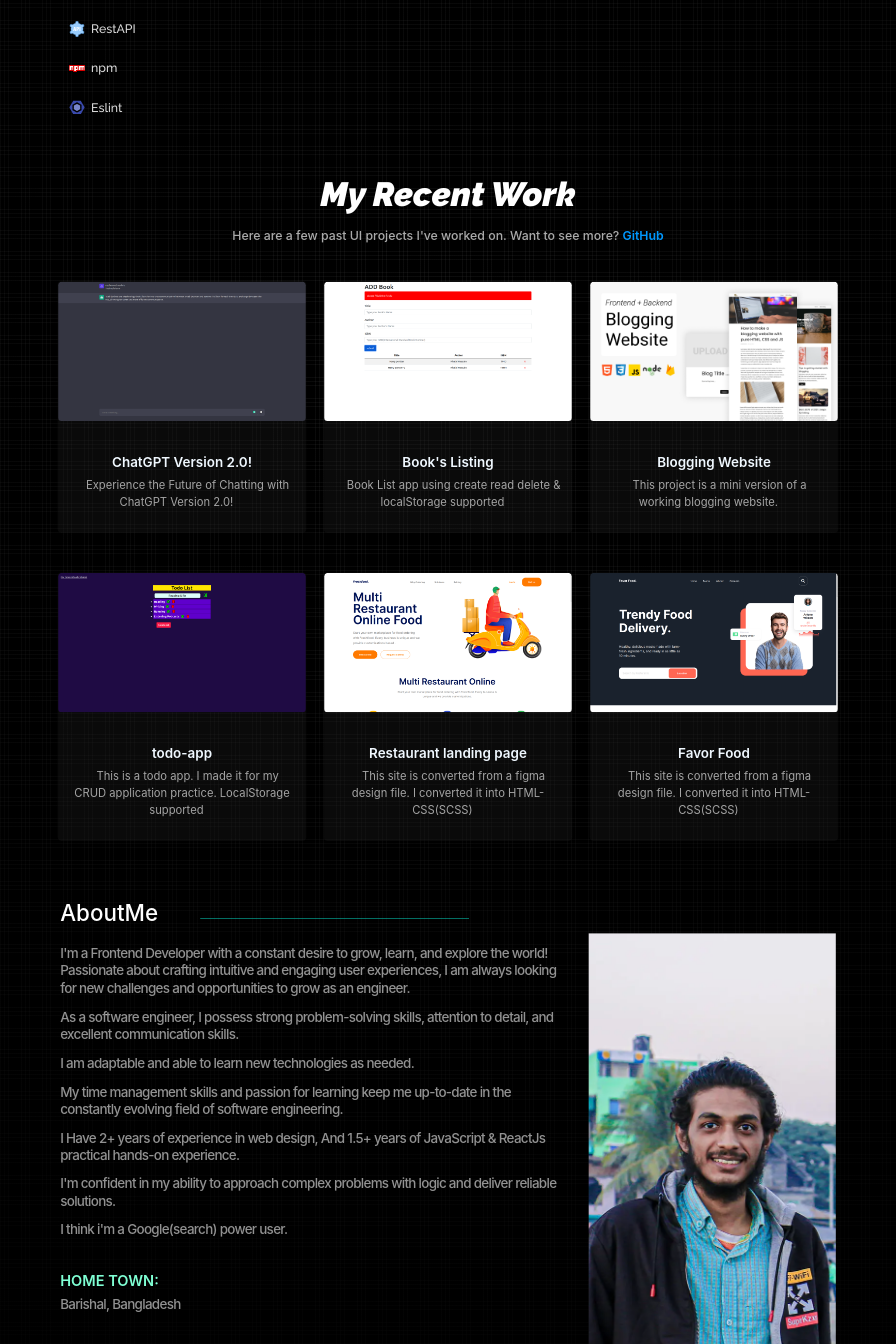
Repository: badhon252/my-portfolio
Page: /
The author's editor kept a copy of each file at every save. The page is drawn from the files as they stood at one save, then again after the next save.
The browser window is 1280 px wide. The pictures show the part of the page from y = 1388 to 3308 px (the page is 3698 px tall before and 3867 px after), at 70% of full size.
Some web fonts or font styles are not loaded; a fallback is used. The project was rebuilt for these pictures with package versions that can differ from the ones it lists, and the page was loaded fresh each time.

Above is the page before, as saved 2023-02-14 20:17:41.

### public/index.html
<!DOCTYPE html>
<html lang="en">

<head>
    <meta charset="utf-8" />
    <meta name="viewport" content="width=device-width, initial-scale=1.0" />
    <meta name="theme-color" content="#000000" />
    <link rel=" stylesheet " href=" https://cdnjs.cloudflare.com/ajax/libs/font-awesome/6.2.1/css/all.min.css ">
    <!-- For google search engines  -->
    <meta name="google-site-verification" content="pFRaVUB3Vqtpp7CYJiHCBl35aQ6s2zmKJ89Zh2XF5rQ" />
    <meta name="description"
        content="I'm Khalid Hossain Badhon, I'm a experienced Frontend Web Application developer with more than 2years of hands on experienced. Front-end engineers, Front-end development, reactjs developer, javascript developer" />
    <!--  Bootstap== -->
    <link rel=" stylesheet " href=" https://cdn.jsdelivr.net/npm/bootstrap@5.3.0-alpha1/dist/css/bootstrap.min.css ">

    <!-- Google fonts  -->
    <link rel="stylesheet"
        href="https://fonts.googleapis.com/css2?family=Raleway:ital,wght@0,300;0,400;0,500;0,600;0,700;0,800;0,900;1,500;1,600;1,900&display=swap">

    <title>Khalid Hossain Badhon | Frontend Developer</title>
</head>

<body>
    <div id="root"></div>

    <script src=" https://cdn.jsdelivr.net/npm/bootstrap@5.3.0-alpha1/dist/js/bootstrap.bundle.min.js "></script>
    <!-- <script src=" https://platform.linkedin.com/badges/js/profile.js " async defer type=" text/javascript "></script> -->

</body>

</html>

### src/index.css
* {
    margin: 0;
    padding: 0;
    box-sizing: border-box;
}

html {
    --scrollbarBG: #2f2f2f;
    --thumbBG: #808080;
}

body {
    margin: 0;
    font-family: -apple-system, BlinkMacSystemFont, 'Segoe UI', 'Roboto', 'Oxygen', 'Ubuntu', 'Cantarell', 'Fira Sans', 'Droid Sans', 'Helvetica Neue', sans-serif;
    -webkit-font-smoothing: antialiased;
    -moz-osx-font-smoothing: grayscale;
    background-color: #000000;
    background-image: radial-gradient(circle at center center, transparent 0%, rgb(0, 0, 0) 99%), repeating-linear-gradient(0deg, rgba(163, 163, 163, 0.07) 0px, rgba(163, 163, 163, 0.07) 1px, transparent 1px, transparent 6px), repeating-linear-gradient(90deg, rgba(163, 163, 163, 0.07) 0px, rgba(163, 163, 163, 0.07) 1px, transparent 1px, transparent 6px), linear-gradient(90deg, rgb(0, 0, 0), rgb(0, 0, 0));
    color: #ffffff;
    scrollbar-width: thin;
    scrollbar-color: var(--thumbBG) var(--scrollbarBG);
}

body::-webkit-scrollbar {
    width: 12px;
}

body::-webkit-scrollbar-track {
    background: var(--scrollbarBG);
}

body::-webkit-scrollbar-thumb {
    background-color: var(--thumbBG);
    border-radius: 6px;
    border: 3px solid var(--scrollbarBG);
}

### src/Components/Home/Home.jsx
import AboutMe from "./AboutMe/AboutMe";
// import Footer from "./Footer/Footer";
import Header from "./Header/Header";
import Projects from "./Project/Projects";
import Skill from "./Skill/Skill";


export default function Home() {
  return (
    <div id="home">
        <Header />
        <Skill/>
        <Projects/>
        <AboutMe/>
        {/* <Footer/> */}

    </div>
  )
}

### src/Components/Home/Header/Header.jsx
import React from 'react'
import HeaderContent from './HeaderContent/HeaderContent'
import Navbar from './Navbar/Navbar'
import Classes from './Header.module.css'

export default function Header() {
  return (
    <header className={Classes.header}>
      <Navbar/>
      <HeaderContent/>
    </header>
  )
}

### src/Components/Home/Skill/Skill.jsx
import "./Skill.css"
import SkillSet from "./SkillSet";
const SkillEfficiency = () => {
    return (
       <section id="skill" >
        <div className="container">
            <div className="d-flex justify-content-center">
                    <h1 className="skillSet__title"> My Skills Set </h1>
            </div>
            <div className="skillSet__title__line">
                <div className="skillSet__title__line__inner">
                    I'm a experienced Frontend Web Application developer with more than 2 years of hands on experience. <br />
                    I am adaptable and able to learn newtechnologies as needed.
                </div>
            </div>
            <SkillSet/>
        </div>
       </section>
    );
}

export default SkillEfficiency;

### src/Components/Home/AboutMe/AboutMe.css
#about {
    padding: 2rem 1rem;
    min-height: 100vh;
}

#about p {
    font-size: 1.2em;
    font-weight: 500;
    margin-bottom: 1rem;
    color: rgba(255, 255, 255, 0.568);
    line-height: 1.3;
    letter-spacing: -1px;
}

#about h1 {
    color: #fcfcfc;
    font-size: 2.5em;
}

#about p:hover {
    color: #fcfcfc;
    cursor: text;
}

.aboutMe_titile::after {
    content: "";
    display: block;
    position: relative;
    top: -13px;
    width: 30vw;
    height: 1px;
    margin-left: 200px;
    background-color: rgba(9, 250, 227, 0.63);
}


/* Hometown ======== */

.homeTown_title {
    font-size: 1.3em;
    font-weight: 600;
    color: aquamarine;
    font-weight: 600;
}


/* .homeTown_title i {
    color: rgb(255, 255, 255);
    font-size: 1.2rem;
    width: 100%;
} */


/* edu ========== */

.crt_title,
.edu_title {
    font-size: 1.3em;
    font-weight: 600;
    color: aquamarine;
}

#about h4 {
    font-size: 1em;
    font-weight: 500;
    color: rgb(206, 255, 239);
    line-height: 1.5;
}

#about h4 span {
    color: rgb(88, 126, 111);
}

#about h4 span:hover {
    color: rgb(255, 255, 255);
}

#about h4 a {
    color: rgb(88, 126, 111);
    text-decoration: none;
}

### src/Components/Home/Header/HeaderContent/HeaderContent.jsx
import Badhon from "../../../../Assets/Images/badhon-color.png";
import HeroSection from './HeroSection'
import Classes from "./Header.module.css";

export default function HeaderContent() {
  return (
      <div className="container" >
        <div className={Classes.headerContainer}>

          <div className="row my-5" >
              <div className="col-md-4">
                <img src={Badhon} alt="Badhon" className="img-fluid w-100 px-2" />
              </div>
              <div className="col-md-8 py-5 d-flex flex-column">
                <HeroSection />
              </div>
          </div>
        </div>
      </div>
  )
}

### src/Components/Home/Header/Navbar/Navbar.jsx
import "./Navs/Navs.css"
import "./Navbar.css"
import Nav from './Navs/Nav/Nav'
// import NavbarBrand from './NavbarBrand/NavbarBrand'
// import LinkedIn from './Navs/LinkedIn/LinkedIn'
// import GitHub from './Navs/GitHub/Github'

export default function Navbar() {
  return (
    <div className='navBar borderBottom container-fluid'>
            <Nav/>
         {/* <div className='navBar'>
            <LinkedIn/>
            <GitHub/>
         </div> */}
    </div>
  )
}

### src/Components/Home/Header/Header.module.css
.header {
    color: aliceblue;
    padding: 0 1rem;
}

### src/Components/Home/Project/ProjectCard.jsx
import CardImgLink from "./Card_img__link"
import "./Projects.css"

export default function ProjectCard(props) {

  function stacks(){
    return props.stack.map((item, index) => {
      return <span className="stack" key={index}>#{item}</span>
    })
  }

  return (
    <div className="card my-1" id="card">
          <div className="card-img">
            <a href={props.preview} >
              <img src={props.img} className="card-img-top img-fluid" alt={props.title}/>
              <CardImgLink preview={props.preview} link={props.link}/>
            </a>
          </div>
        <div className="card-body">
          <div className="stacks">
             {stacks()}
          </div>

            <h5 className="card-title my-2">{props.title}</h5>
            <span className="card-text py-5 px-3">{props.text}</span>

        </div>
    </div>
  )
}

### src/Components/Home/Project/Projects.css
#card {
    background-color: #2c2d2c3a;
    /* width: 18rem */
    overflow: hidden;
    color: aliceblue;
    position: relative;
    text-align: center;
    transition: .4s;
}

#card:hover {
    /* width: 18rem */
    overflow: hidden;
    text-align: center;
    box-shadow: 5px 5px 50px rgba(53, 255, 3, 0.193);
    transform: translateY(-25px);
}

#card:hover span {
    color: aliceblue;
}

.card-img {
    overflow: hidden;
}

.img-fluid {
    border-radius: 0%;
    width: 100%;
    height: 100%;
    object-fit: cover;
    object-position: center;
    transition: 0.5s;
}

#card:hover .card-img-top {
    border-radius: 0;
    transform: scale(1.1);
}


/* Path: src/Components/Home/Project/Projects.css */

.project__title {
    color: rgba(255, 255, 255, 0.664);
    text-align: center;
}

.project__title-text h1 {
    font-family: 'Raleway', sans-serif;
    font-size: 3em;
    font-weight: 900;
    font-style: italic;
    margin-bottom: 1rem;
    color: #fff;
}

.project__title__line {
    font-weight: 500;
    font-size: 1.1rem;
}

.project__title__line a {
    color: #0099ff;
    text-decoration: none;
    font-weight: 600;
}

.project__title__line a:hover {
    color: #1da5ff;
    text-decoration: underline;
}

.card_img__link {
    align-items: center;
    background-color: rgba(0, 0, 0, 0.332);
    border-radius: 5px;
    display: flex;
    justify-content: flex-end;
    position: absolute;
    right: 0;
    top: 0;
    bottom: 0;
    left: 0;
    transition: .5s;
    opacity: 0;
}

#card:hover .card_img__link {
    opacity: 1;
}

.card_img__link a {
    color: #dbdbdb;
    text-decoration: none;
    font-weight: 700;
    margin: 0 .5rem;
}

.card_img__link a:hover {
    color: #eae8ff;
    text-decoration: none;
    font-weight: 700;
}

.card_img__link i {
    color: #fff;
}

.card_img__link i:hover {
    color: rgb(0, 157, 255);
}


/* .githubIcon {
    right: 5px;
}

.redirect {
    max-width: 40px;
    margin-top: 6px;
    color: #0099ff;
} */

.card-body {
    z-index: 111;
    padding-bottom: 2rem;
}

.card-body h5 {
    font-size: 1.2rem;
    font-weight: 600;
    margin: 0;
}

.card-body .stacks {
    margin: 0;
    opacity: 0;
    transition: 0.5s;
}

#card:hover .stacks {
    opacity: 1;
}

.card-body .stack {
    display: inline;
    font-size: .8rem;
    font-weight: 600;
    color: #ffffff;
    background-color: rgb(73, 73, 73);
    margin: .1rem;
    border-radius: 5px;
    text-align: left;
}

.card-text {
    color: #dbdbdbbb;
}

.card-text:hover {
    color: #eae8ff;
}

### src/Components/Home/Skill/Skill.css
/* .skills {
    margin: 4rem 0 2rem 0;
    display: flex;
    justify-content: space-around;
    flex-wrap: wrap;
    gap: 2rem;
    height: 80vh;
    overflow: hidden;
} */

#skill {
    min-height: calc(100vh - 70px);
    font-family: 'Raleway', sans-serif;
}

.skillSet__title__text h2 {
    font-size: 1.5em;
    font-weight: 600;
    margin-bottom: 1rem;
    display: inline-block;
}

.skillSet__title__text h2::after {
    content: "";
    display: block;
    height: 4px;
    transition: .5s;
    width: 0;
    background: rgb(255, 14, 118);
}

.skillSet:hover .skillSet__title__text h2::after {
    width: 100%;
}

.skillSet li {
    list-style-type: none;
    margin: 0.5rem 1rem;
    color: #ffffffda;
    transition: .4s;
    display: flex;
    align-items: center;
    padding: .5rem 0;
    font-size: 1.1em;
    font-weight: 500
}

.skillSet li img {
    width: 1.5rem;
    margin-right: 0.5rem;
}

.skillSet:hover li {
    color: #ffffff;
    transform: translateY(-5px);
}

.skillSet:hover li img {
    transform: scale(1.2);
}


/* .skillSet:hover {
    background: linear-gradient(90deg, rgba(9, 255, 5, 0.5) 0%, rgba(255, 0, 0, 0.5) 100%);
    box-shadow: 0 0 10px 0 rgba(255, 255, 255, 0.5);
} */

.skillSet__title {
    font-weight: 900;
    font-style: italic;
    font-size: 3em;
    margin-top: 70px;
}

.skillSet__title::after {
    content: "";
    display: block;
    height: 4px;
    transition: .6s;
    width: 0;
    background: linear-gradient(202deg, rgb(5, 255, 1) 20%, rgb(255, 14, 118) 50%, rgb(0 4 255) 100%);
}

#skill:hover .skillSet__title::after {
    width: 100%;
}

.skillSet__title__line {
    font-size: 1.3rem;
    font-weight: 800;
    color: rgba(255, 255, 255, 0.63);
    text-align: center;
    margin: 1rem 0;
}

.skillSet__title__line__inner {
    font-family: 'Raleway', sans-serif;
    margin: 1.3em 0 3em 0;
    font-size: 1em;
    font-weight: 500;
    line-height: 1.5;
    color: #ffffff;
}

.skillSet {
    margin: 1rem 0;
}


/* Generated code  */


/* .wave-container {
    height: 40vh;
    background-color: #000000;
    position: relative;
}

.wave-container::before {
    content: "";
    width: 100%;
    height: 135px;
    position: absolute;
    bottom: -0.3%;
    left: 0;
    background-size: auto;
    background-repeat: repeat no-repeat;
    background-position: 54vw bottom;
    background-image: url("data:[embedded picture, 356 characters]");
}

@media(max-width:850px) {
    .wave-container::before {
        height: 67.5px
    }
} */

### src/Components/Home/Header/HeaderContent/HeroSection.jsx
import Classes from "./Header.module.css";
// import Name from "./Name";

export default function HeroSection() {
  return (
    <div className={Classes.heroSection}>
          <h2 className={Classes.h2}>Hi, I'm</h2>
          <h1 className={Classes.myName}>
            <span>
              Khalid Hossain.
            </span>
          </h1>
          {/* <Name/> */}
          <div className={Classes.bio}>
            I’m a <span>Frontend Developer with a constant desire to grow, learn, and explore the world!</span> Passionate about crafting intuitive and engaging user experiences,
            I am always looking for new challenges and opportunities to grow as an engineer.
          </div>

          <a className={Classes.resume} href="https://drive.google.com/file/d/1dNWfd7X8CYs_9THDZo58HHKVKzD8WfeY/view?usp=share_link" target="_blank" rel="noreferrer">
              See my Resume <i className="fa-solid fa-arrow-up-right-from-square"></i>
          </a>

    </div>
  );
}

### src/Components/Home/Header/HeaderContent/Header.module.css
@import url('https://fonts.googleapis.com/css2?family=Unbounded:wght@400;500;600;700;800;900&display=swap');
.headerContainer {
    min-height: calc(100vh - 70px);
    width: 100%;
    display: flex;
    justify-content: center;
    align-items: center;
    flex-direction: column;
    position: relative;
    overflow: hidden;
}

.heroImage {
    max-width: 100%;
    object-fit: cover;
    height: auto;
    box-sizing: border-box;
    overflow: hidden;
    /* border-radius: 30% 70% 64% 36% / 44% 42% 58% 56%; */
}

.myName {
    text-transform: uppercase;
    letter-spacing: 0.5em;
    display: inline-block;
    margin: 0 0 1rem 0;
}

.myName span {
    font: 700 1.5em/1 "Unbounded", sans-serif;
    letter-spacing: 0;
    padding: 0.25em 0 0.325em;
    text-shadow: 0 0 80px rgba(255, 255, 255, 0.5);
    /* Clip Background Image */
    background: url(https://i.ibb.co/RDTnNrT/animated-text-fill.png) repeat-y;
    -webkit-background-clip: text;
    background-clip: text;
    /* Animate Background Image */
    -webkit-text-fill-color: transparent;
    -webkit-animation: animate 80s linear infinite;
    /* Activate hardware acceleration for smoother animations */
    -webkit-transform: translate3d(0, 0, 0);
    -webkit-backface-visibility: hidden;
}


/* Animate Background Image */

@keyframes animate {
    0% {
        background-position: 0% 50%;
    }
    100% {
        background-position: 100% 50%;
    }
}

.heroSection:hover .myName {
    text-shadow: 0 0 12px #24fbdd;
}

.h2 {
    font-size: 1.5em;
    font-family: 'Unbounded', cursive;
    margin: 1rem 0;
    line-height: 1;
    color: #ff006f;
    font-weight: 600;
}


/* #about p:hover h2 {
    text-shadow: 0 0 12px #24fbdd;
} */

.bio {
    font-size: 1.3em;
    color: rgba(255, 255, 255, 0.653);
    line-height: 1.4;
    font-family: 'Titillium Web', sans-serif;
    font-weight: 600;
    margin: 2rem 0;
}

*::selection {
    background-color: #f2ff00;
    color: #000000;
}

.bio span {
    font-style: italic;
    color: #fcfcfc;
}


/* bio text animations  */

.center {
    width: 100%;
    height: 100vh;
    display: flex;
    justify-content: center;
    align-items: center;
}

.char {
    font-size: 40px;
    height: 40px;
    animation: an 1s ease-out 1 both;
    display: inline-block;
}

@keyframes an {
    from {
        opacity: 0;
        transform: perspective(500px) translate3d(-35px, -40px, -150px) rotate3d(1, -1, 0, 35deg);
    }
    to {
        opacity: 1;
        transform: perspective(500px) translate3d(0, 0, 0);
    }
}

.mylink {
    position: absolute;
    z-index: 150;
    bottom: 0;
    right: 0;
    width: 100%;
    text-align: right;
    padding: .6rem;
}


/*! resume  */

.resume {
    padding: .9rem 1.8rem;
    border: 1px solid #09ff01;
    font-size: 1rem;
    font-weight: 500;
    margin-top: 1rem;
    outline: none;
    border-radius: 5px;
    background: none;
    color: #fcfcfc;
    transition: .5s;
    cursor: pointer;
    text-decoration: none;
    display: inline-block;
}

.resume:hover {
    color: rgb(7, 7, 7);
    background-color: rgb(0, 255, 21);
}

.resume:active {
    transform: scale(0.95);
}

### src/Components/Home/Header/Navbar/Navs/Navs.css
.flexRow {
    display: flex;
    justify-content: space-between;
    align-items: center;
    flex-wrap: wrap;
    gap: 2rem;
}

.me_1 {
    margin-right: 1rem;
}

img {
    width: 2rem;
    height: 2rem;
    border-radius: 50%;
}

.navbar-brand {
    /* background: #FFFF00;
    background: linear-gradient(to left, #FFFF00 0%, #05C1FF 50%, #FFFF00 100%);
    -webkit-background-clip: text;
    -webkit-text-fill-color: transparent; */
    color: aqua;
    font-size: 1.5rem;
    font-weight: 600;
    text-decoration: none;
    font-family: "Poppins", sans-serif;
}

### src/Components/Home/Header/Navbar/Navbar.css
.boxShadow {
    -webkit-box-shadow: 0px 22px 40px -37px rgba(255, 255, 255, 1);
    -moz-box-shadow: 0px 22px 40px -37px rgba(255, 255, 255, 1);
    box-shadow: 0px 22px 40px -37px rgba(255, 255, 255, 1);
}

.borderBottom {
    border-bottom: 1px solid #f6f6f612;
}

### src/Components/Home/Header/Navbar/Navs/Nav/Nav.jsx
import logo from "../../../../../../Assets/icons/logo.svg"
import SocialIcons from "../../../../Icons/SocialIcons"
import "./../Navs.css"
import "./Nav.css"

export default function Nav() {

  return (
    <nav className="navbar navbar-expand-lg">
      <div className="container-fluid">
        <a className="navbar-brand" href="#home">
          <img className="img-fluid" src={logo} alt="@badhon252" />
        </a>
        <button className="navbar-toggler" type="button" data-bs-toggle="collapse" data-bs-target="#navbarNav" aria-controls="navbarNav" aria-expanded="false" aria-label="Toggle navigation">
          <i className="fa-solid fa-bars"></i>
        </button>
        <div className="collapse navbar-collapse" id="navbarNav">
          <ul className="navbar-nav mx-auto">
            <li className="nav-item">
              <a className="nav-link" aria-current="page" href="#home"><i className="fa-solid fa-house"></i> Home</a>
            </li>
            <li className="nav-item">
              <a className="nav-link" href="#skill"><i className="fa-solid fa-code"></i> Expertise</a>
            </li>
            <li className="nav-item">
              <a className="nav-link" href="#projects"><i className="fa-solid fa-briefcase"></i> Projects</a>
            </li>
            <li className="nav-item">
                <a className="nav-link" href="#about"><i className="fa-solid fa-address-card"></i> About</a>
            </li>
            <li className="nav-item">
                <a className="nav-link" href="#contact"><i className="fa-solid fa-address-book"></i> Contact</a>
            </li>
          </ul>
          <div className="d-flex">
        <SocialIcons />
          </div>
        </div>
      </div>
    </nav>
  )
}

### src/Components/Home/Project/Card_img__link.jsx
// import githubIcon from "../../../Assests/icons/github.png"
// import redirect from "../../../Assests/icons/redirect.svg"
import "./Projects.css"
export default function Card_img__link(props) {

  return (
     <div className="card_img__link">
              <a href={props.link} target="_blank" rel="noreferrer" >
               <i className="fa-brands fa-github-alt"></i>
              </a>
              <a href={props.preview} target="_blank" rel="noreferrer" >
                  <i className="fa-solid fa-arrow-up-right-from-square redirect"></i>
              </a>

    </div>
  )
}

### src/Components/Home/Icons/SocialIcons.jsx
import "./SocialIcons.css"
import gmailIcon from "../../../Assets/icons/gmail.svg"

export default function SocialIcons() {
  return (
    <div className='icons'>
      <a href="mailto:dev.khalidhossain@gmail.com" target="_blank" rel="noreferrer">
         <img src={gmailIcon} alt="gmail" className="img-fluid" />
      </a>
      <a href="https://www.linkedin.com/in/khalidhossainbadhon/" target="_blank" rel="noreferrer">
         <i class="fa-brands fa-linkedin"></i>
      </a>
      <a href="https://github.com/badhon252" target="_blank" rel="noreferrer">
         <i class="fa-brands fa-github"></i>
      </a>
    </div>
  )
}

### src/Components/Home/Header/Navbar/Navs/Nav/Nav.css
.navBar {
    flex-wrap: wrap;
    position: fixed;
    top: 0;
    right: 0;
    left: 0;
    background-color: #000000dc;
    z-index: 1111111;
    text-align: center;
    box-sizing: border-box;
}

.navbar.navbar-expand-lg {
    padding: 0;
}

.navbar-nav {
    list-style-type: none;
    display: flex;
    justify-content: space-between;
}

.navbar-nav li a {
    text-decoration: none;
    color: rgba(255, 255, 255, 0.703);
    font-size: 1.1em;
    font-weight: 600;
    transition: all 0.3s ease-in-out;
    margin: 0 1rem;
}

.navbar-nav li a:hover {
    color: #ffffff;
}

.navbar-nav li a.active {
    color: #ff00fb;
}

.navbar-nav li a.active:hover {
    color: #f1f1f1;
}

.fa-brands,
.fab {
    font-weight: 400;
    font-size: 1.5rem;
    color: #fff;
}

.fa-bars {
    color: #fff;
}

.navbar-brand .img-fluid {
    max-width: 60px;
    max-height: 60px;
}

.navbar-brand:hover img {
    transform: scale(1.1);
}

.navbar-nav .nav-item .nav-link::after {
    content: "";
    display: block;
    height: 2px;
    width: 1.1em;
    background: #ff0672fc;
    transition: all 0.6s cubic-bezier(0.18, 0.89, 0.32, 1.28);
}

.navbar-nav .nav-item .nav-link:hover::after {
    width: 100%;
}

### src/Components/Home/Icons/SocialIcons.css
.icons {
    display: flex;
    align-items: center;
    box-sizing: border-box;
}

.icons a {
    max-height: 2.5rem;
    max-width: 2.5rem;
    padding: 8px;
    border-radius: 50%;
}

.icons a:hover {
    background-color: rgba(85, 85, 85, 0.402);
}

.icons a:nth-child(2) {
    margin: .5rem;
}

.fa-linkedin {
    color: #5dd4ff!important;
}

Loaded but not shown: src/index.js (common file); src/reportWebVitals.js (common file); src/App.js (11 lines, source omitted); src/Components/Home/Project/Projects.jsx (86 lines, source omitted); src/Components/Home/Skill/SkillSet.jsx (66 lines, source omitted); src/Components/Home/AboutMe/AboutMe.jsx (62 lines, source omitted)

After the next save:
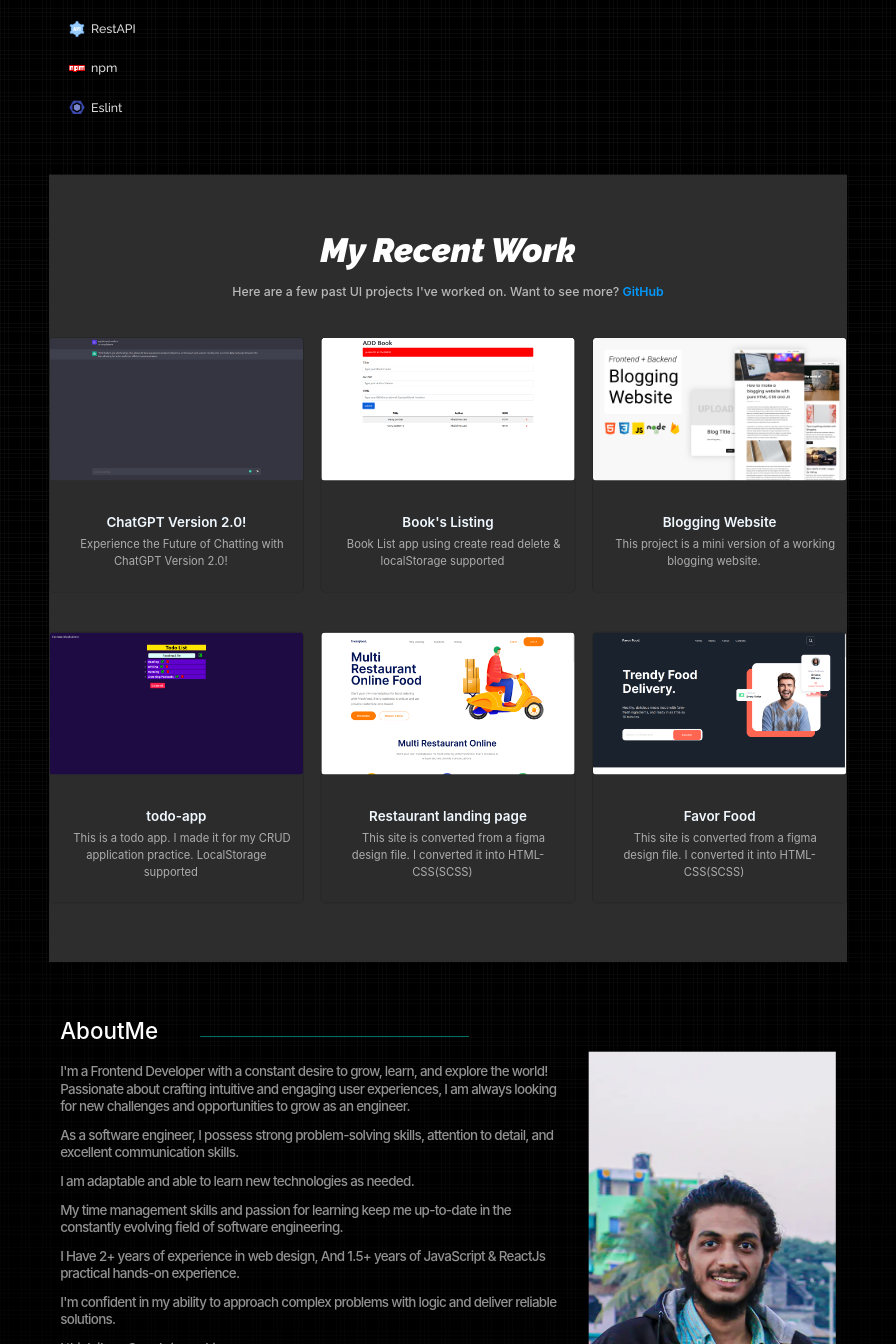
Saved 46 s later.
--- a/src/Components/Home/Project/Projects.css
+++ b/src/Components/Home/Project/Projects.css
@@ -1,3 +1,8 @@
+#projects {
+    background-color: #2c2d2c;
+    padding: 2rem 0;
+}
+
 #card {
     background-color: #2c2d2c3a;
     /* width: 18rem */
